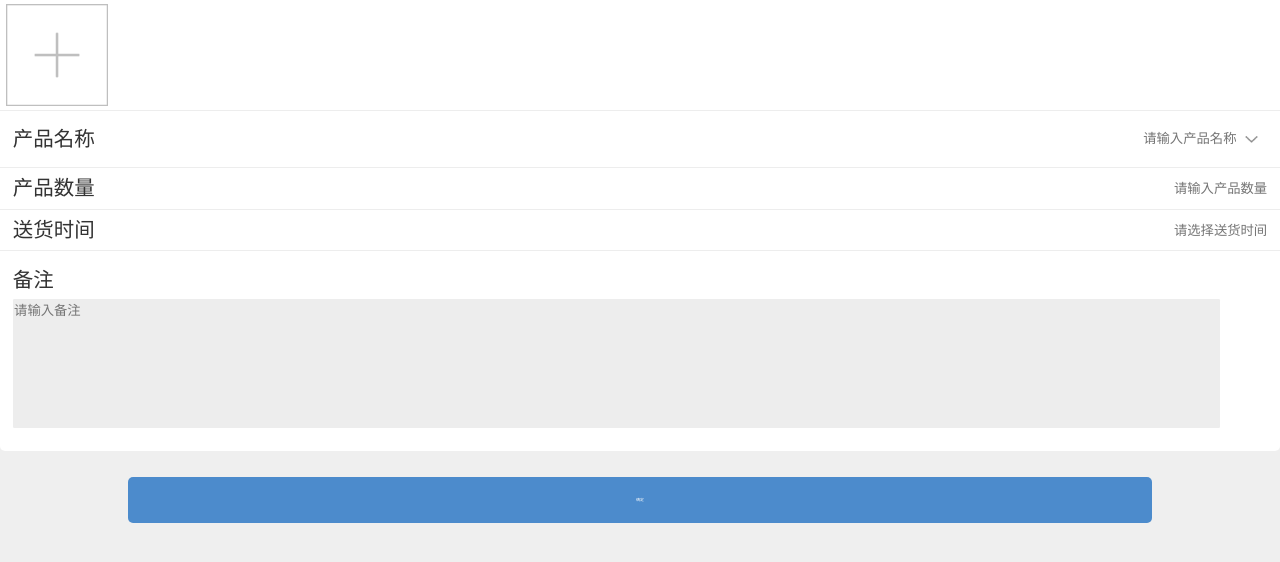
Repository: missing-star/produce
Page: Cbuyer.html
The author's editor kept a copy of each file at every save. The page is drawn from the files as they stood at one save, then again after the next save.
The browser window is 1280 px wide. The pictures show the whole page.

Above is the page before, as saved 2019-05-20 15:47:54.

After the next save:
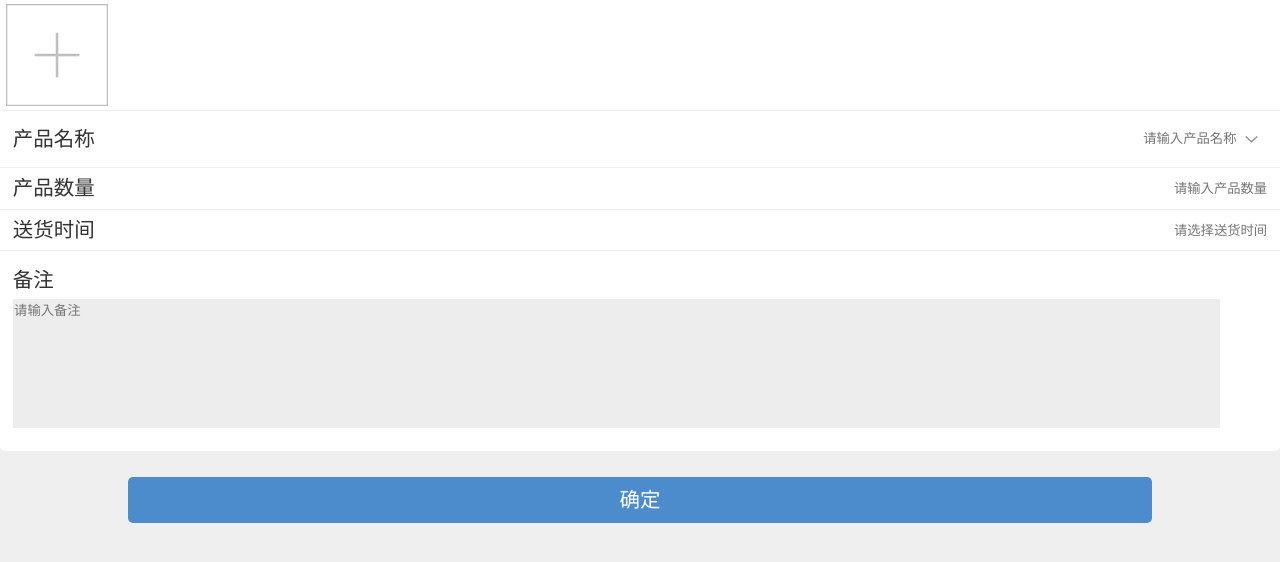
Saved 23 min 20 s later.
--- a/css/Cbuyer.css
+++ b/css/Cbuyer.css
@@ -72,7 +72,7 @@ textarea {
     height: 1.8rem;
     background: rgba(76, 139, 204, 1);
     border-radius: 5px;
-    font-size: 0.15rem;
+    font-size: 0.8rem;
     color: rgba(255, 255, 255, 1);
     text-align: center;
     line-height: 1.8rem;
